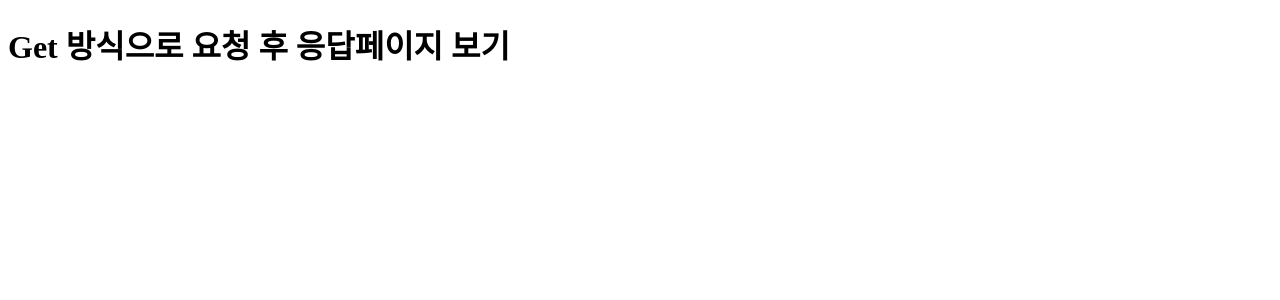
Repository: 1400CP/05_server-workspace1
Page: 1_Servlet/WebContent/views/requestTest_GET.html
These files come from the project's save history. The page is drawn as it stood at one moment and after the next save; the edit follows.
The browser window is 1280 px wide. The pictures show the whole page.

Above is the page before, as saved 2025-02-14 01:41:02.

### 1_Servlet/WebContent/views/requestTest_GET.html
<!DOCTYPE html>
<html>
<head>
<meta charset="UTF-8">
<title>Insert title here</title>
</head>
<body>

	<h1>Get 방식으로 요청 후 응답페이지 보기</h1>



</body>
</html>

After the next save:
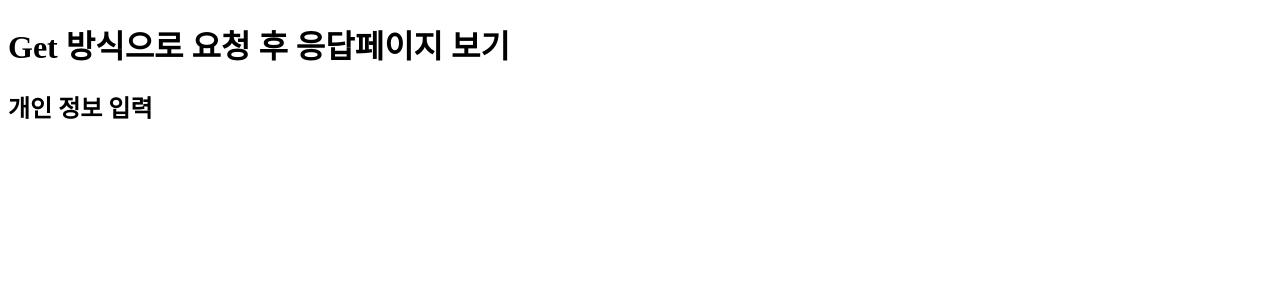
Saved 22 s later.
--- a/1_Servlet/WebContent/views/requestTest_GET.html
+++ b/1_Servlet/WebContent/views/requestTest_GET.html
@@ -8,6 +8,7 @@
 
 	<h1>Get 방식으로 요청 후 응답페이지 보기</h1>
 
+	<h2>개인 정보 입력</h2>
 
 
 </body>
